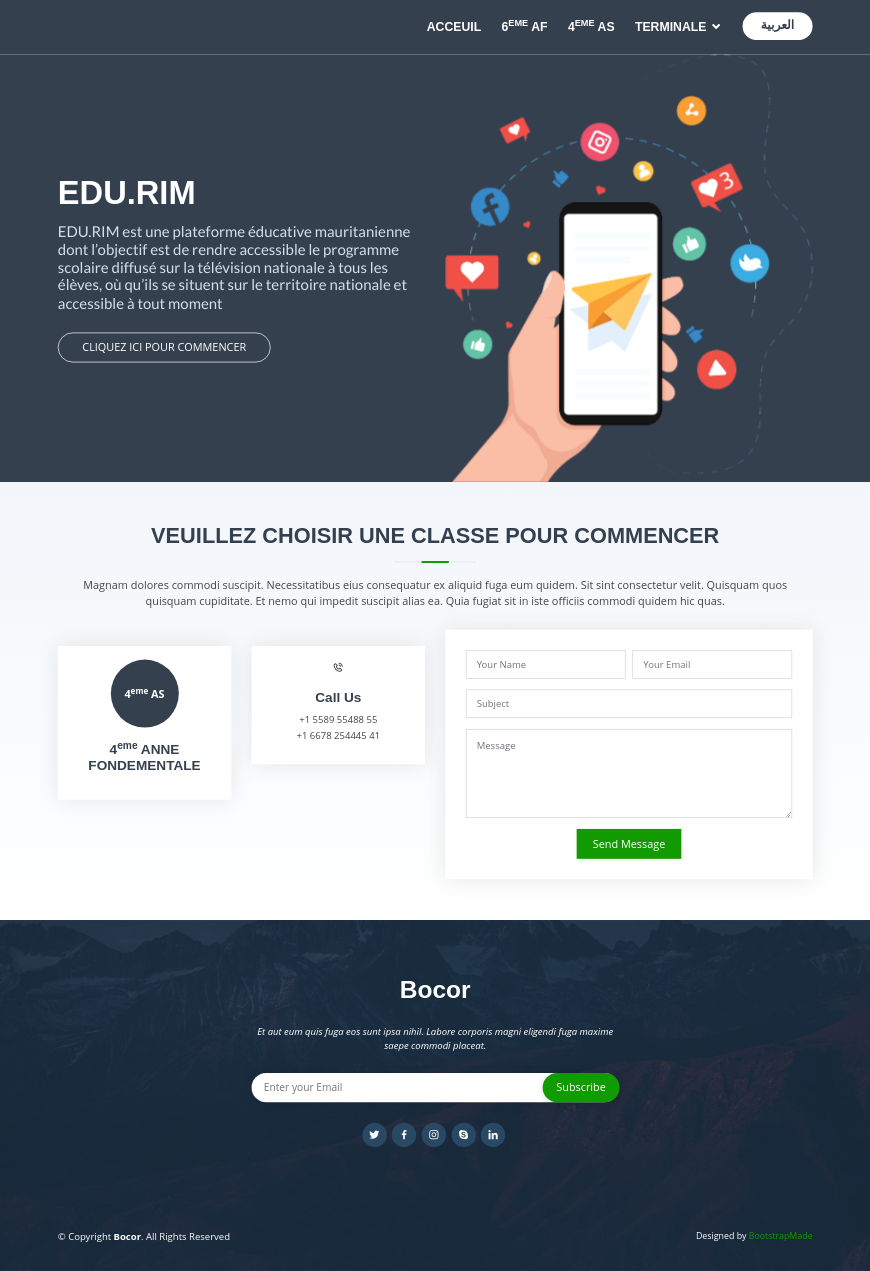
Repository: athiemohamed/courat
Page: http://localhost/
An editor plug-in stored every save of this project. The page is shown before and after a run of saves, followed by the edit.
The browser window is 1280 px wide. The pictures show the whole page, at 68% of full size.
Some web fonts or font styles are not loaded; a fallback is used. The page is run by PHP 8.4 with error messages shown; the project is at /var/www/html/. Other server files are loaded and not shown.

Above is the page before, as saved 2020-03-26 13:07:21.

### index.php
<!DOCTYPE html>
<html lang="en">

<head>
  <meta charset="utf-8">
  <meta content="width=device-width, initial-scale=1.0" name="viewport">

  <title>Cours - Rim Academy</title>
  <meta content="" name="descriptison">
  <meta content="" name="keywords">

  <!-- Favicons -->
  <link href="assets/img/favicon.png" rel="icon">
  <link href="assets/img/apple-touch-icon.png" rel="apple-touch-icon">

  <!-- Google Fonts -->
  <link href="https://fonts.googleapis.com/css?family=Cairo&display=swap" rel="stylesheet">
  <link href="https://fonts.googleapis.com/css?family=Lato&display=swap" rel="stylesheet">

  <!-- Vendor CSS Files -->
  <link href="assets/vendor/bootstrap/css/bootstrap.min.css" rel="stylesheet">
  <link href="assets/vendor/icofont/icofont.min.css" rel="stylesheet">
  <link href="assets/vendor/boxicons/css/boxicons.min.css" rel="stylesheet">
  <link href="assets/vendor/venobox/venobox.css" rel="stylesheet">
  <link href="assets/vendor/aos/aos.css" rel="stylesheet">

  <!-- Template Main CSS File -->
  <link href="assets/css/style.css" rel="stylesheet">

  <!-- =======================================================
  * Template Name: Bocor - v2.0.0
  * Template URL: https://bootstrapmade.com/bocor-bootstrap-template-nice-animation/
  * Author: BootstrapMade.com
  * License: https://bootstrapmade.com/license/
  ======================================================== -->
</head>

<body>

  <!-- ======= Header ======= -->
  <header id="header">
    <div class="container d-flex">
      <div class="logo mr-auto">
        <!-- <h1 class="text-light"><a href="index.html">RIM<span>.EDU</span></a></h1> -->
        <!-- Uncomment below if you prefer to use an image logo -->
        <!-- <a href="index.html"><img src="assets/img/logo.png" alt="" class="img-fluid"></a>-->
      </div>
      <nav class="nav-menu d-none d-lg-block">
        <ul>
          <li class="active"><a href="#header">ACCEUIL</a></li>
          <li><a href="#">6<sup>EME</sup> AF</a></li>
          <li><a href="#">4<sup>EME</sup> AS</a></li>
          <li class="drop-down"><a href="">TERMINALE</a>
            <ul>
              <li><a href="#">TERMINALE A</a></li>
              <li><a href="#">TERMINALE C</a></li>
              <li><a href="#">TERMINALE D</a></li>
              <li><a href="#">TERMINALE LM</a></li>
              <li><a href="#">TERMINALE LO</a></li>
            </ul>
          </li>
          <!-- Language Changer -->
          <li class="get-started"><a href="#">العربية</a></li>
        </ul>
      </nav><!-- .nav-menu -->
    </div>
  </header><!-- End Header -->

  <!-- ======= Hero Section ======= -->
  <section id="hero">

    <div class="container">
      <div class="row d-flex align-items-center"">
      <div class=" col-lg-6 py-5 py-lg-0 order-2 order-lg-1" data-aos="fade-right">
        <h1>EDU.RIM</h1>
        <h2>EDU.RIM est une plateforme éducative mauritanienne dont l’objectif est de
          rendre accessible le programme scolaire diffusé sur la télévision nationale à tous les élèves,
          où qu’ils se situent sur le territoire nationale et accessible à tout moment</h2>
        <a href="#contact" class="btn-get-started scrollto">CLIQUEZ ICI POUR COMMENCER</a>
      </div>
      <div class="col-lg-6 order-1 order-lg-2 hero-img" data-aos="fade-left">
        <img src="assets/img/hero-img.png" class="img-fluid" alt="">
      </div>
    </div>
    </div>

  </section><!-- End Hero -->

  <main id="main">

    <!-- ======= Partners Section ======= -->

    <!-- <section id="clients" class="clients section-bg">
      <div class="container">

        <div class="row no-gutters clients-wrap clearfix wow fadeInUp">

          <div class="col-lg-2 col-md-4 col-6">
            <div class="client-logo">
              <img src="assets/img/clients/client-1.png" class="img-fluid" alt="" data-aos="flip-right">
            </div>
          </div>

          <div class="col-lg-2 col-md-4 col-6">
            <div class="client-logo">
              <img src="assets/img/clients/client-2.png" class="img-fluid" alt="" data-aos="flip-right" data-aos-delay="100">
            </div>
          </div>

          <div class="col-lg-2 col-md-4 col-6">
            <div class="client-logo">
              <img src="assets/img/clients/client-3.png" class="img-fluid" alt="" data-aos="flip-right" data-aos-delay="200">
            </div>
          </div>

          <div class="col-lg-2 col-md-4 col-6">
            <div class="client-logo">
              <img src="assets/img/clients/client-4.png" class="img-fluid" alt="" data-aos="flip-right" data-aos-delay="300">
            </div>
          </div>

          <div class="col-lg-2 col-md-4 col-6">
            <div class="client-logo">
              <img src="assets/img/clients/client-5.png" class="img-fluid" alt="" data-aos="flip-right" data-aos-delay="400">
            </div>
          </div>

          <div class="col-lg-2 col-md-4 col-6">
            <div class="client-logo">
              <img src="assets/img/clients/client-6.png" class="img-fluid" alt="" data-aos="flip-right" data-aos-delay="500">
            </div>
          </div>

        </div>

      </div>
    </section> -->

    <!-- End Parteners Section -->

    <!-- ======= Contact Section ======= -->
    <section id="contact" class="contact section-bg">
      <div class="container">

        <div class="section-title">
          <h2 data-aos="fade-in">VEUILLEZ CHOISIR UNE CLASSE POUR COMMENCER</h2>
          <p data-aos="fade-in">Magnam dolores commodi suscipit. Necessitatibus eius consequatur ex aliquid fuga eum quidem. Sit sint consectetur velit. Quisquam quos quisquam cupiditate. Et nemo qui impedit suscipit alias ea. Quia fugiat sit in iste officiis commodi quidem hic quas.</p>
        </div>

        <div class="row">
          <div class="col-lg-6">
            <div class="row">
              <div class="col-md-6">
                <div class="info-box mt-4" data-aos="fade-up" data-aos-delay="100">
                  <div class="circle-badge">
                    <strong>4<sup>eme</sup> AS</strong>
                  </div>
                  <h3>4<sup>eme</sup> ANNE FONDEMENTALE</h3>
                </div>
              </div>
              <div class="col-md-6">
                <div class="info-box mt-4" data-aos="fade-up" data-aos-delay="100">
                  <i class="bx bx-phone-call"></i>
                  <h3>Call Us</h3>
                  <p>+1 5589 55488 55<br>+1 6678 254445 41</p>
                </div>
              </div>
            </div>

          </div>

          <div class="col-lg-6">
            <form action="forms/contact.php" method="post" role="form" class="php-email-form" data-aos="fade-up">
              <div class="form-row">
                <div class="col-md-6 form-group">
                  <input type="text" name="name" class="form-control" id="name" placeholder="Your Name" data-rule="minlen:4" data-msg="Please enter at least 4 chars" />
                  <div class="validate"></div>
                </div>
                <div class="col-md-6 form-group">
                  <input type="email" class="form-control" name="email" id="email" placeholder="Your Email" data-rule="email" data-msg="Please enter a valid email" />
                  <div class="validate"></div>
                </div>
              </div>
              <div class="form-group">
                <input type="text" class="form-control" name="subject" id="subject" placeholder="Subject" data-rule="minlen:4" data-msg="Please enter at least 8 chars of subject" />
                <div class="validate"></div>
              </div>
              <div class="form-group">
                <textarea class="form-control" name="message" rows="5" data-rule="required" data-msg="Please write something for us" placeholder="Message"></textarea>
                <div class="validate"></div>
              </div>
              <div class="mb-3">
                <div class="loading">Loading</div>
                <div class="error-message"></div>
                <div class="sent-message">Your message has been sent. Thank you!</div>
              </div>
              <div class="text-center"><button type="submit">Send Message</button></div>
            </form>
          </div>

        </div>

      </div>
    </section><!-- End Contact Section -->

  </main><!-- End #main -->

  <!-- ======= Footer ======= -->
  <footer id="footer">

    <div class="footer-top">

      <div class="container" data-aos="fade-up">

        <div class="row  justify-content-center">
          <div class="col-lg-6">
            <h3>Bocor</h3>
            <p>Et aut eum quis fuga eos sunt ipsa nihil. Labore corporis magni eligendi fuga maxime saepe commodi placeat.</p>
          </div>
        </div>

        <div class="row footer-newsletter justify-content-center">
          <div class="col-lg-6">
            <form action="" method="post">
              <input type="email" name="email" placeholder="Enter your Email"><input type="submit" value="Subscribe">
            </form>
          </div>
        </div>

        <div class="social-links">
          <a href="#" class="twitter"><i class="bx bxl-twitter"></i></a>
          <a href="#" class="facebook"><i class="bx bxl-facebook"></i></a>
          <a href="#" class="instagram"><i class="bx bxl-instagram"></i></a>
          <a href="#" class="google-plus"><i class="bx bxl-skype"></i></a>
          <a href="#" class="linkedin"><i class="bx bxl-linkedin"></i></a>
        </div>

      </div>
    </div>

    <div class="container footer-bottom clearfix">
      <div class="copyright">
        &copy; Copyright <strong><span>Bocor</span></strong>. All Rights Reserved
      </div>
      <div class="credits">
        <!-- All the links in the footer should remain intact. -->
        <!-- You can delete the links only if you purchased the pro version. -->
        <!-- Licensing information: https://bootstrapmade.com/license/ -->
        <!-- Purchase the pro version with working PHP/AJAX contact form: https://bootstrapmade.com/bocor-bootstrap-template-nice-animation/ -->
        Designed by <a href="https://bootstrapmade.com/">BootstrapMade</a>
      </div>
    </div>
  </footer><!-- End Footer -->

  <a href="#" class="back-to-top"><i class="icofont-simple-up"></i></a>

  <!-- Vendor JS Files -->
  <script src="assets/vendor/jquery/jquery.min.js"></script>
  <script src="assets/vendor/bootstrap/js/bootstrap.bundle.min.js"></script>
  <script src="assets/vendor/jquery.easing/jquery.easing.min.js"></script>
  <script src="assets/vendor/php-email-form/validate.js"></script>
  <script src="assets/vendor/isotope-layout/isotope.pkgd.min.js"></script>
  <script src="assets/vendor/venobox/venobox.min.js"></script>
  <script src="assets/vendor/aos/aos.js"></script>

  <!-- Template Main JS File -->
  <script src="assets/js/main.js"></script>

</body>

</html>

Loaded but not shown: assets/js/main.js (117 lines, source omitted); assets/css/style.css (1309 lines, source omitted)

After the next 2 saves:
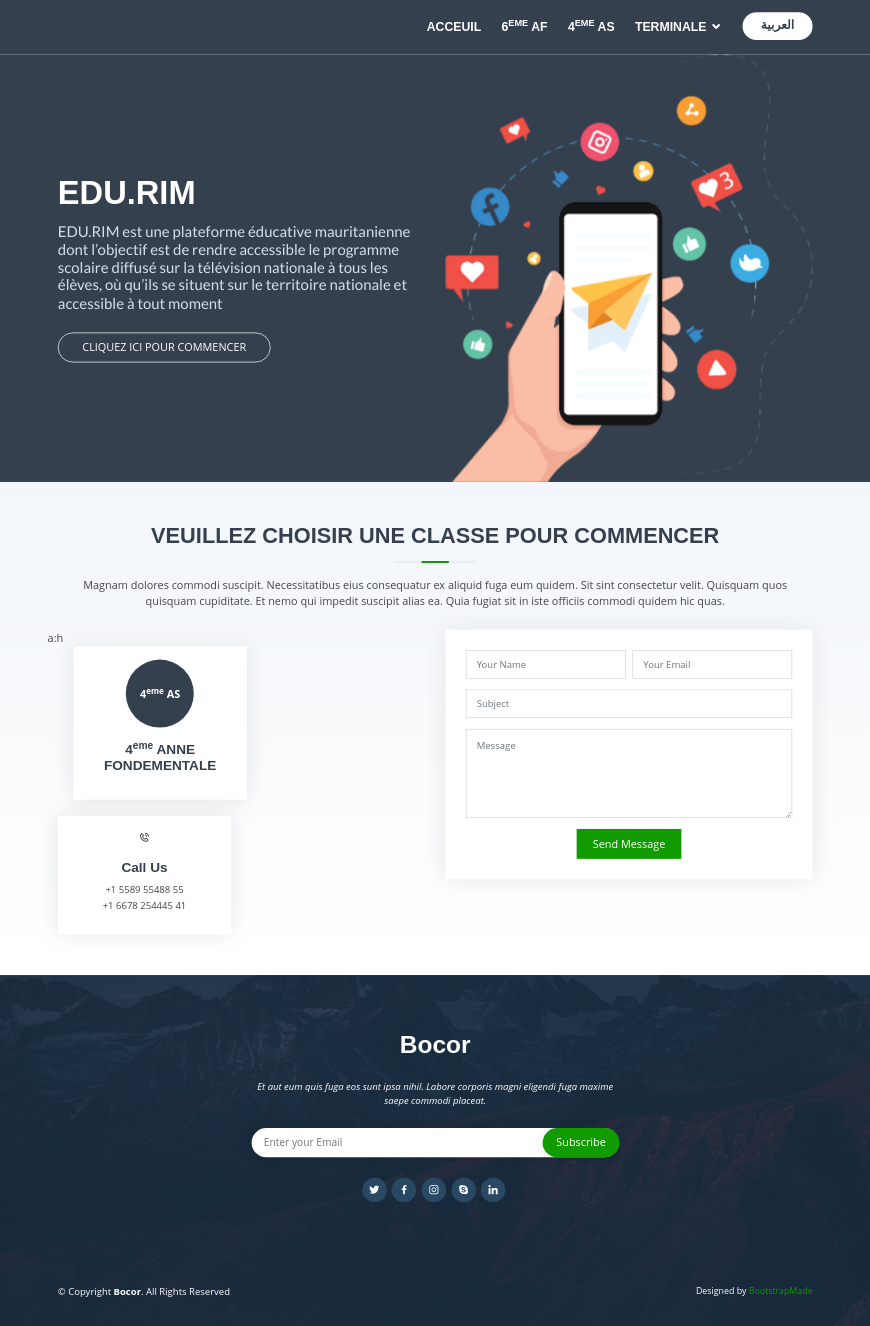
The 2 saves are shown as one change because they came seconds apart.
The last was saved 24 s later.
--- a/index.php
+++ b/index.php
@@ -150,6 +150,7 @@
         <div class="row">
           <div class="col-lg-6">
             <div class="row">
+              a:h
               <div class="col-md-6">
                 <div class="info-box mt-4" data-aos="fade-up" data-aos-delay="100">
                   <div class="circle-badge">

After the 4 saves that followed:
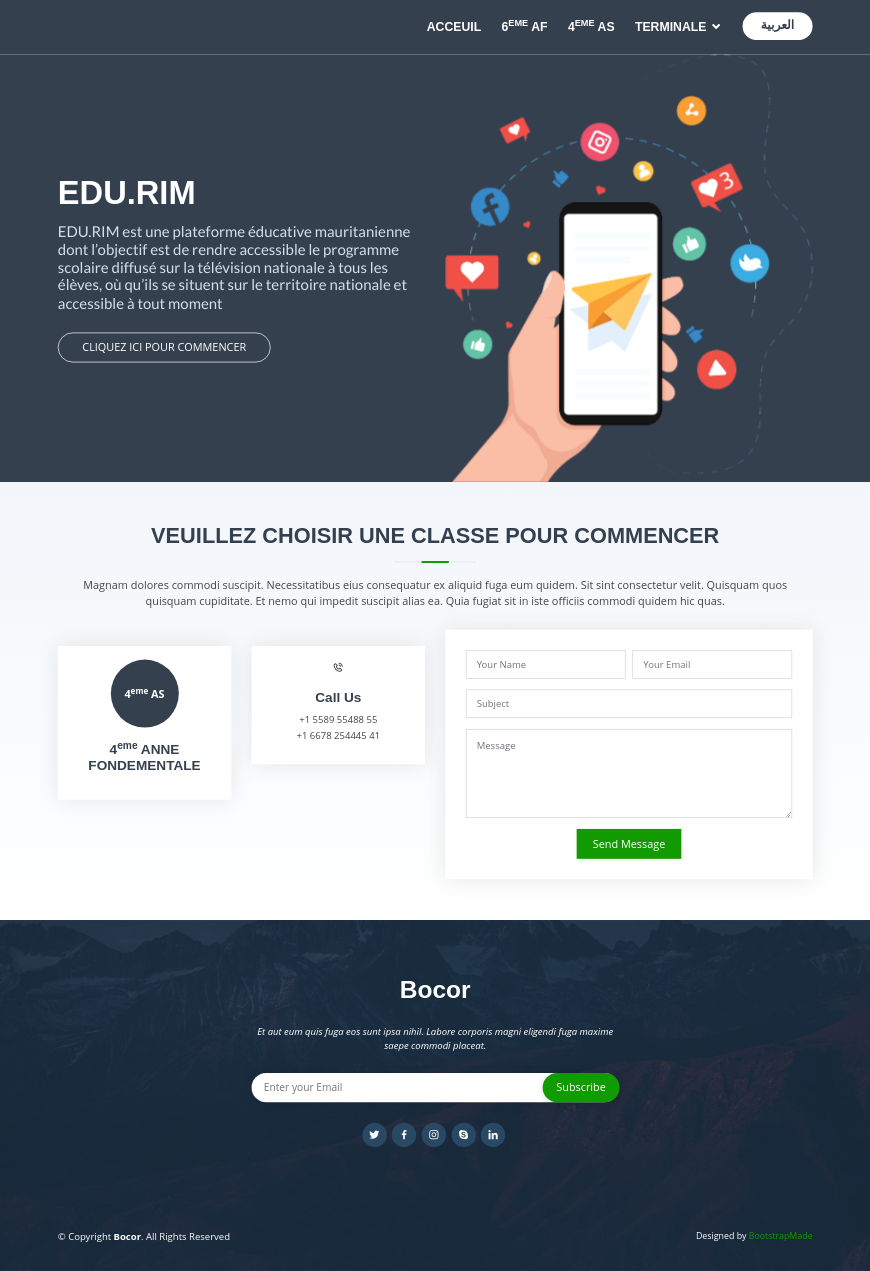
The 4 saves are shown as one change because they came seconds apart.
The last was saved 10 s later.
--- a/index.php
+++ b/index.php
@@ -150,7 +150,9 @@
         <div class="row">
           <div class="col-lg-6">
             <div class="row">
-              a:h
+              <a href="#">
+
+              </a>
               <div class="col-md-6">
                 <div class="info-box mt-4" data-aos="fade-up" data-aos-delay="100">
                   <div class="circle-badge">
